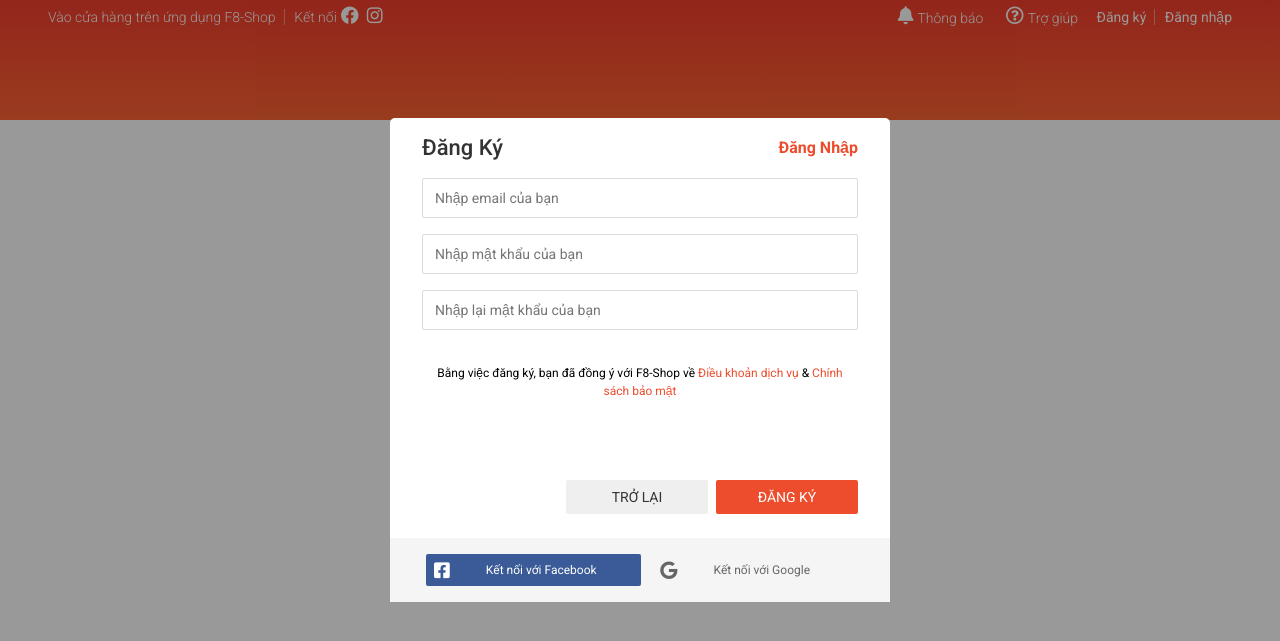
Repository: huynhnhan112/Shopee_Homepage
Page: index.html
These files come from the project's save history. The page is drawn as it stood at one moment and after the next save; the edit follows.
The browser window is 1280 px wide. The pictures show the whole page.

Above is the page before, as saved 2021-11-19 16:26:12.

After the next save:
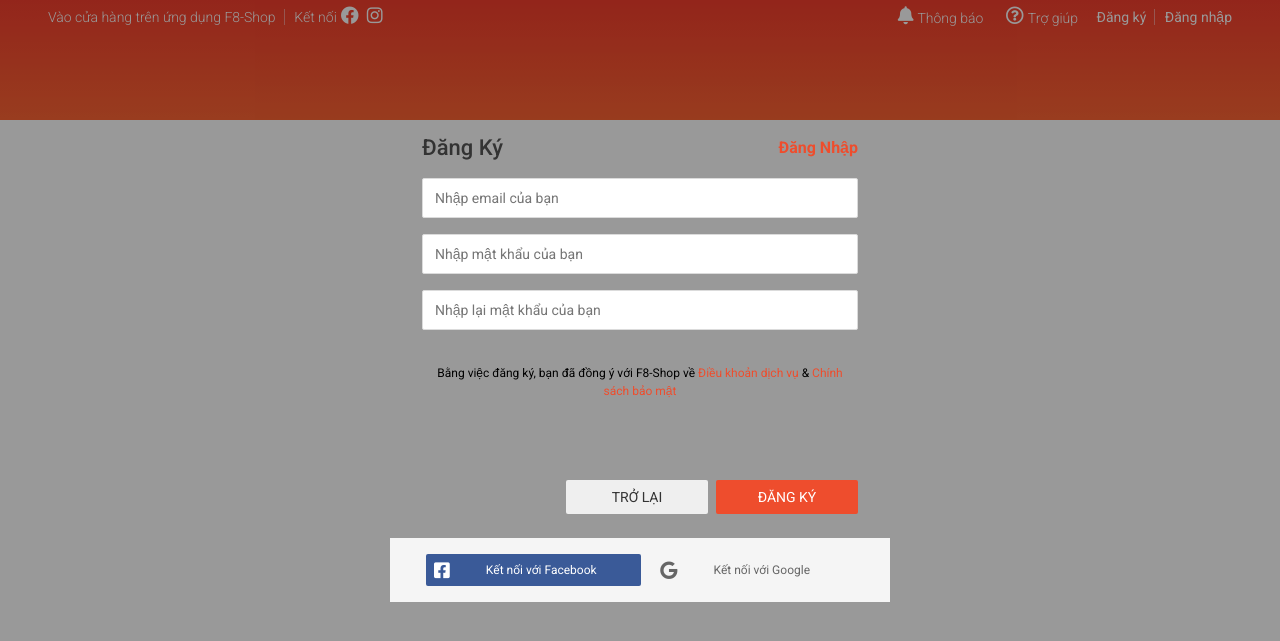
Saved 75 s later.
--- a/assets/css/base.css
+++ b/assets/css/base.css
@@ -60,10 +60,8 @@
 
 .modal__body{
     position: relative;
-    background-color: var(--white-color);
     margin: auto;
     z-index: 1;
-    border-radius: 5px;
 }
 
 /* Button style */

After the save that followed:
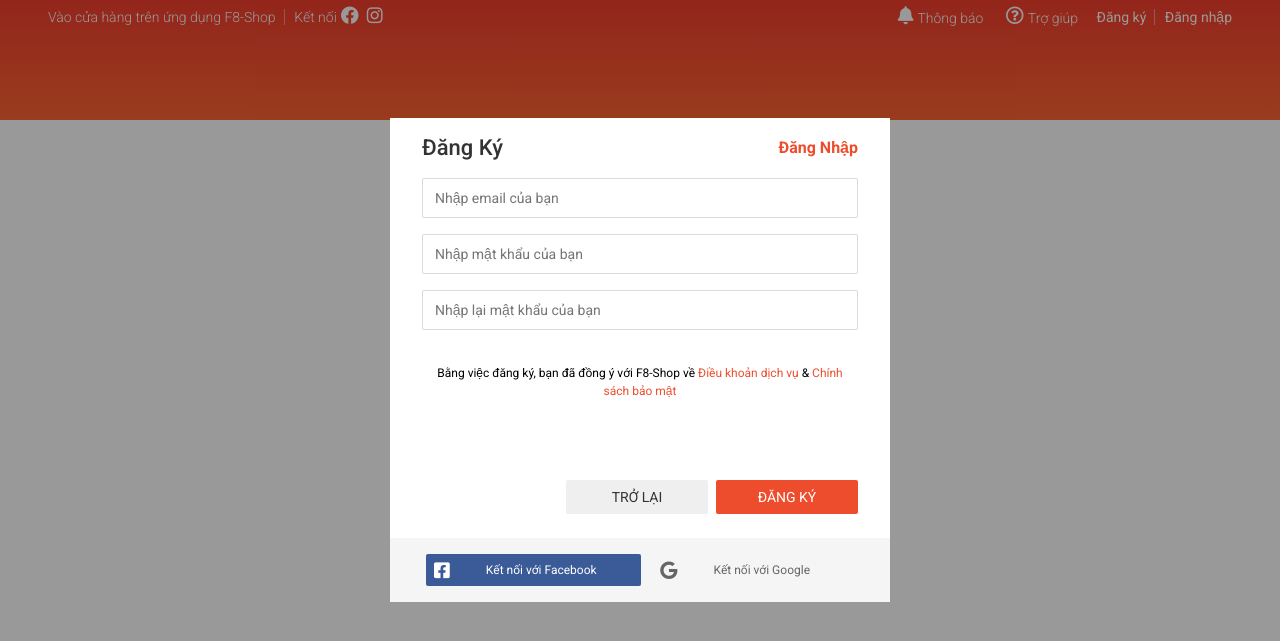
Saved 8 s later.
--- a/assets/css/style.css
+++ b/assets/css/style.css
@@ -250,6 +250,7 @@
 /* Authencation Form */
 .auth-form{
     width: 500px;
+    background-color: var(--white-color);
 }
 
 .auth-form__container{
